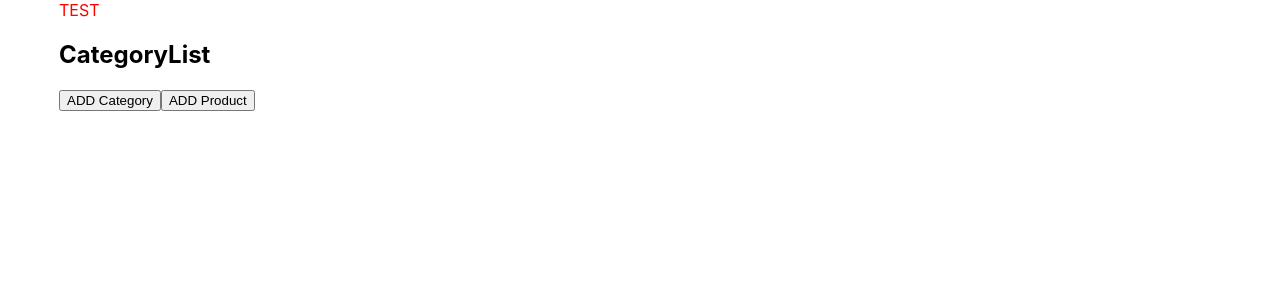
Repository: dgmihaela/react-shop-app
Page: / (app in my-app/)
An editor plug-in stored every save of this project. The page is shown before and after a run of saves, followed by the edit.
The browser window is 1280 px wide. The pictures show the whole page.
The page's requests for data from a server got no answer. The project was rebuilt for these pictures with package versions that can differ from the ones it lists, and the page was loaded fresh each time. No one was signed in, and anything a server would have sent is missing. Also part of the build but not shown: my-app/src/components/ecommerce-admin/Product.js, my-app/src/components/ecommerce-admin/ModalEditCategory.js, my-app/src/components/ecommerce-admin/Category.js, my-app/src/components/ecommerce-admin/MainSearch.js.

Above is the page before, as saved 2020-12-22 11:27:44.

After the next 2 saves:
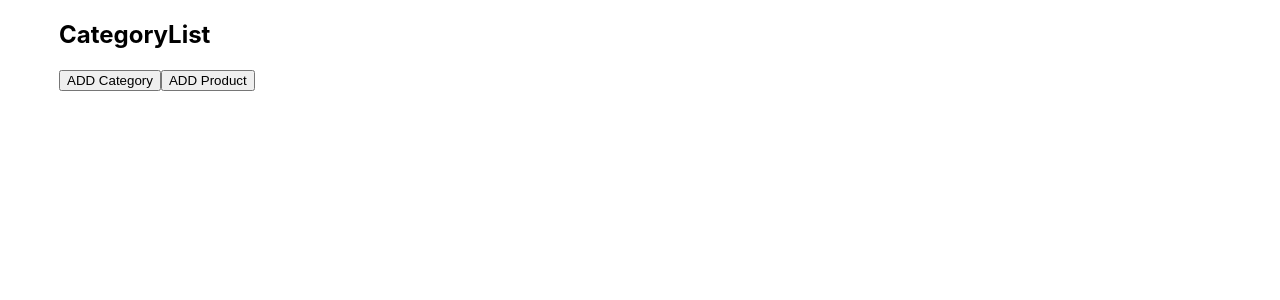
The 2 saves are shown as one change because they came seconds apart.
The last was saved 22 s later.
--- a/my-app/src/components/ecommerce-admin/CategoryList.js
+++ b/my-app/src/components/ecommerce-admin/CategoryList.js
@@ -80,17 +80,11 @@ function CategoryList() {
     return (
 
         <div className="categoryist">
-            <div style={ {color: 'red'}}>
-                TEST
-
-            </div>
-
             <h2>CategoryList</h2>
             <Modal callback={getModalData} modalType="CATEGORY" show={show} handleClose={hideModal} endpoint={'http://localhost:9000/categories'} dataSelect={null} />
             <Modal callback={getModalData} modalType="PRODUCT" show={showProduct} handleClose={hideModal} endpoint={'http://localhost:9000/products'} dataSelect={categories} />
             <MainBtns show={showModal} />
             {categoryComponents}
-
         </div>
     )
 }
